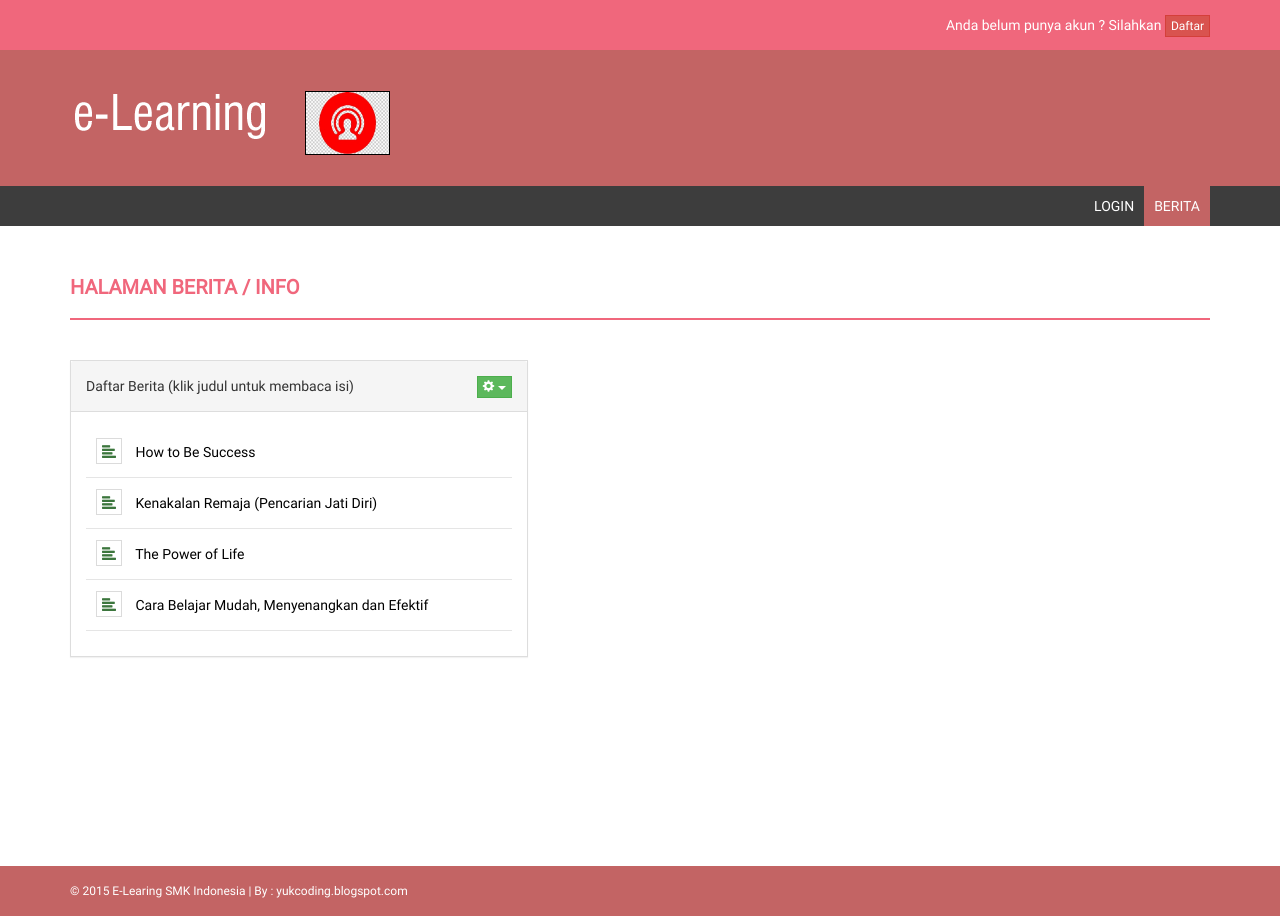
Repository: ramdanriawan/elearning-bangasep
Page: http://localhost/?page=berita
These files come from the project's save history. The page is drawn as it stood at one moment and after the next save; the edit follows.
The browser window is 1280 px wide. The pictures show the whole page.
The page is run by PHP 8.4 with error messages shown; the project is at /var/www/html/. The database holds what the project's SQL file puts in it.

Above is the page before, as saved 2020-04-12 00:17:26.

### index.php
<?php
@session_start();
include "+koneksi.php";

if(!@$_SESSION['siswa']) {
    if(@$_GET['hal'] == 'daftar') {
        include "register.php";
    } else {
        include "login.php";
    }
} else { ?>
<!DOCTYPE html>
<html>
<head>
    <meta charset="utf-8" />
    <meta name="viewport" content="width=device-width, initial-scale=1, maximum-scale=1" />
    <title>E-Learning SMK Indonesia</title>
    <link href="style/assets/css/bootstrap.css" rel="stylesheet" />
    <link href="style/assets/css/font-awesome.css" rel="stylesheet" />
    <link href="style/assets/css/style.css" rel="stylesheet" />
</head>
<body>

<script src="style/assets/js/jquery-1.11.1.js"></script>
<script src="style/assets/js/bootstrap.js"></script>
<?php
$sql_terlogin = mysqli_query($db, "SELECT * FROM tb_siswa JOIN tb_kelas ON tb_siswa.id_siswa = '$_SESSION[siswa]' AND tb_kelas.id_kelas = tb_siswa.id_kelas") or die ($db->error);
$data_terlogin = mysqli_fetch_array($sql_terlogin);
?>
    <header>
        <div class="container">
            <div class="row">
                <div class="col-md-12">
                    Selamat datang, <u><?php echo ucfirst($data_terlogin['username']); ?></u>. Jangan lupa <a href="inc/logout.php?sesi=siswa" class="btn btn-xs btn-danger">Logout</a>
                </div>
            </div>
        </div>
    </header>
    <!-- HEADER END-->
    <div class="navbar navbar-inverse set-radius-zero">
        <div class="container">
            <div class="navbar-header">
                <button type="button" class="navbar-toggle" data-toggle="collapse" data-target=".navbar-collapse">
                    <span class="icon-bar"></span>
                    <span class="icon-bar"></span>
                    <span class="icon-bar"></span>
                </button>
                <a class="navbar-brand" href="./">
                    <img src="style/assets/img/logo.png" />
                </a>

            </div>

            <div class="left-div">
                <div class="user-settings-wrapper">
                    <ul class="nav">

                        <li class="dropdown">
                            <a class="dropdown-toggle" data-toggle="dropdown" href="#" aria-expanded="false">
                                <span class="glyphicon glyphicon-user" style="font-size: 25px;"></span>
                            </a>
                            <div class="dropdown-menu dropdown-settings">
                                <div class="media">
                                    <a class="media-left" href="#">
                                        <img src="img/foto_siswa/<?php echo $data_terlogin['foto']; ?>" class="img-rounded" />
                                    </a>
                                    <div class="media-body">
                                        <h4 class="media-heading"><?php echo $data_terlogin['nama_lengkap']; ?></h4>
                                        <h5>Kelas : <?php echo $data_terlogin['nama_kelas']; ?></h5>
                                    </div>
                                </div>
                                <hr />
                                <center><a href="?hal=detailprofil" class="btn btn-info btn-sm">Detail Profile</a> <a href="?hal=editprofil" class="btn btn-primary btn-sm">Edit Profile</a></center>

                            </div>
                        </li>

                    </ul>
                </div>
            </div>
        </div>
    </div>

    <section class="menu-section">
        <div class="container">
            <div class="row">
                <div class="col-md-12">
                    <div class="navbar-collapse collapse ">
                        <ul id="menu-top" class="nav navbar-nav navbar-right">
                            <li><a <?php if(@$_GET['page'] == '') { echo 'class="menu-top-active"'; } ?> href="./">Beranda</a></li>
                            <li><a <?php if(@$_GET['page'] == 'quiz') { echo 'class="menu-top-active"'; } ?> href="?page=quiz">Tugas / Quiz</a></li>
                            <li><a <?php if(@$_GET['page'] == 'nilai') { echo 'class="menu-top-active"'; } ?> href="?page=nilai">Nilai</a></li>
                            <li><a <?php if(@$_GET['page'] == 'materi') { echo 'class="menu-top-active"'; } ?> href="?page=materi">Materi</a></li>
                            <li><a <?php if(@$_GET['page'] == 'berita') { echo 'class="menu-top-active"'; } ?> href="?page=berita">Berita</a></li>
                        </ul>
                    </div>
                </div>
            </div>
        </div>
    </section>

    <div class="content-wrapper">
        <div class="container" id="wadah">
        <?php
        if(@$_GET['page'] == '') {
            include "inc/beranda.php";
        } else if(@$_GET['page'] == 'quiz') {
            include "inc/quiz.php";
        } else if(@$_GET['page'] == 'nilai') {
            include "inc/nilai.php";
        } else if(@$_GET['page'] == 'materi') {
            include "inc/materi.php";
        } else if(@$_GET['page'] == 'berita') {
            include "inc/berita.php";
        } ?>
        </div>
    </div>

    <footer>
        <div class="container">
            <div class="row">
                <div class="col-md-12">
                    &copy; 2015 E-Learing SMK Indonesia
                </div>

            </div>
        </div>
    </footer>
</body>
</html>
<?php
}
?>

### +koneksi.php
<?php
$db = mysqli_connect("localhost", "lomx1822_e_learning", "lomx1822_e_learning", "lomx1822_e_learning");

//---fungsi2---//
function cek_session($isi_admin, $isi_pengajar) {
    if(@$_SESSION['admin']) {
        echo $isi_admin;
    } else if(@$_SESSION['pengajar']) {
        echo $isi_pengajar;
    }
}

function tgl_indo($tgl) {
	$tanggal = substr($tgl,8,2);
	$bulan = getBulan(substr($tgl,5,2));
	$tahun = substr($tgl,0,4);
	return $tanggal.' '.$bulan.' '.$tahun;
}
function getBulan($bln){
	switch ($bln){
		case 1:
			return "Januari";
			break;
		case 2:
			return "Februari";
			break;
		case 3:
			return "Maret";
			break;
		case 4:
			return "April";
			break;
		case 5:
			return "Mei";
			break;
		case 6:
			return "Juni";
			break;
		case 7:
			return "Juli";
			break;
		case 8:
			return "Agustus";
			break;
		case 9:
			return "September";
			break;
		case 10:
			return "Oktober";
			break;
		case 11:
			return "November";
			break;
		case 12:
			return "Desember";
			break;
	}
}

function tampil_per_ID($table, $where = null) {
	global $db;
	$command = "SELECT * FROM $table";
	if($where != null) {
		$command .= " WHERE $where";
	}
	$query = mysqli_query($db, $command) or die ($db->error);
	return $query;
	mysqli_close($db);
}
?>

### login.php
<?php
@session_start();
$db = mysqli_connect("localhost", "lomx1822_e_learning", "lomx1822_e_learning", "lomx1822_e_learning");
?>
<!DOCTYPE html>
<html>
<head>
    <meta charset="utf-8" />
    <meta name="viewport" content="width=device-width, initial-scale=1, maximum-scale=1" />
    <title>Login E-Learning SMK Indonesia</title>
    <link href="style/assets/css/bootstrap.css" rel="stylesheet" />
    <link href="style/assets/css/font-awesome.css" rel="stylesheet" />
    <link href="style/assets/css/style.css" rel="stylesheet" />
</head>
<body>
    <header>
        <div class="container">
            <div class="row">
                <div class="col-md-12">
                    Anda belum punya akun ? Silahkan <a href="./?hal=daftar" class="btn btn-xs btn-danger">Daftar</a>
                </div>
            </div>
        </div>
    </header>

    <div class="navbar navbar-inverse set-radius-zero">
        <div class="container">
            <div class="navbar-header">
                <button type="button" class="navbar-toggle" data-toggle="collapse" data-target=".navbar-collapse">
                    <span class="icon-bar"></span>
                    <span class="icon-bar"></span>
                    <span class="icon-bar"></span>
                </button>
                <a class="navbar-brand" href="./">
                    <img src="style/assets/img/logo.png" />
                </a>

            </div>

            <div class="left-div">
                <div class="user-settings-wrapper">
                    <ul class="nav">
                        <li class="dropdown">
                                <img src="img/logo.jpeg" alt="" style="height:64px !important; width:85px !important;">
                        </li>
                    </ul>
                </div>
            </div>
        </div>
    </div>

    <section class="menu-section">
        <div class="container">
            <div class="row">
                <div class="col-md-12">
                    <div class="navbar-collapse collapse ">
                        <ul id="menu-top" class="nav navbar-nav navbar-right">
                            <li><a <?php if(@$_GET['page'] == '') { echo 'class="menu-top-active"'; } ?> href="./">Login</a></li>
                            <li><a <?php if(@$_GET['page'] == 'berita') { echo 'class="menu-top-active"'; } ?> href="?page=berita">Berita</a></li>
                        </ul>
                    </div>
                </div>
            </div>
        </div>
    </section>

    <div class="content-wrapper">
        <div class="container">
            <?php
            if(@$_GET['page'] == '') { ?>
                <div class="row">
                    <div class="col-md-12">
                        <h4 class="page-head-line">Silahkan login untuk masuk ke e-learning</h4>
                    </div>
                </div>
                <div class="row">
                    <div class="col-md-6">
                        <?php
                        if(@$_POST['login']) {
                            $user = @mysqli_real_escape_string($db, $_POST['user']);
                            $pass = @mysqli_real_escape_string($db, $_POST['pass']);
                            $sql = mysqli_query($db, "SELECT * FROM tb_siswa WHERE username = '$user' AND password = md5('$pass')") or die ($db->error);
                            $data = mysqli_fetch_array($sql);
                            if(mysqli_num_rows($sql) > 0) {
                                if($data['status'] == 'aktif') {
                                    @$_SESSION['siswa'] = $data['id_siswa'];
                                    echo "<script>window.location='./';</script>";
                                } else {
                                    echo '<div class="alert alert-warning">Login gagal, akun Anda sedang tidak aktif</div>';
                                }
                            } else {
                                echo '<div class="alert alert-danger">Login gagal, username / password salah, coba lagi!</div>';
                            }
                        } ?>
                        <h4><i>Masukkan username dan password Anda dengan benar :</i></h4>
                        <form method="post">
                            <label>Username :</label>
                            <input type="text" name="user" class="form-control" required />
                            <label>Password :  </label>
                            <input type="password" name="pass" class="form-control" required />
                            <hr />
                            <input type="submit" name="login" value="Login" class="btn btn-info" />
                            <input type="reset" class="btn btn-danger" />
                        </form>
                    </div>
                    <div class="col-md-6">
                        <div class="alert alert-danger col-md-12">
                            Untuk menggunakan layanan e-learning ini kalian harus login terlebih dahulu.
                        </div>
                    </div>
                </div>
            <?php
            } else if(@$_GET['page'] == 'berita') {
                include "inc/berita.php";
            } ?>
        </div>
    </div>

    <footer>
        <div class="container">
            <div class="row">
                <div class="col-md-12">
                    &copy; 2015 E-Learing SMK Indonesia | By : yukcoding.blogspot.com
                </div>

            </div>
        </div>
    </footer>
    <script src="style/assets/js/jquery-1.11.1.js"></script>
    <script src="style/assets/js/bootstrap.js"></script>
</body>
</html>

### inc/berita.php
<div class="row">
    <div class="col-md-12">
        <h4 class="page-head-line">Halaman Berita / Info</h4>
    </div>
</div>

<div class="row">
    <div class="col-md-5">
        <div class="notice-board">
            <div class="panel panel-default">
                <div class="panel-heading">
                    Daftar Berita (klik judul untuk membaca isi)
                    <div class="pull-right" >
                        <div class="dropdown">
                          <button class="btn btn-success dropdown-toggle btn-xs" type="button" id="dropdownMenu1" data-toggle="dropdown" aria-expanded="true">
                            <span class="glyphicon glyphicon-cog"></span>
                            <span class="caret"></span>
                          </button>
                          <ul class="dropdown-menu" role="menu" aria-labelledby="dropdownMenu1">
                            <li role="presentation"><a role="menuitem" tabindex="-1" href="">Refresh</a></li>
                          </ul>
                        </div>
                    </div>
                </div>
                <div class="panel-body">
                    <ul>
                        <?php
                        $sql_berita = mysqli_query($db, "SELECT * FROM tb_berita WHERE status = 'aktif' ORDER BY tgl_posting DESC LIMIT 0, 4") or die($db->error);
                        while($data_berita = mysqli_fetch_array($sql_berita)) { ?>
                          <li>
                              <?php
                              if(@$_GET['hal'] == 'daftar') { ?>
                                <a href="?hal=daftar&page=berita&action=detail&id_berita=<?php echo $data_berita['id_berita']; ?>">
                                <?php
                              } else { ?>
                                <a href="?page=berita&action=detail&id_berita=<?php echo $data_berita['id_berita']; ?>">
                                <?php
                              } ?>
                               <span class="glyphicon glyphicon-align-left text-success" ></span>
                                <?php echo $data_berita['judul']; ?> &nbsp;
                              </a>
                          </li>
                        <?php
                        } ?>
                    </ul>
                </div>
            </div>
        </div>
    </div>

    <?php
    if(@$_GET['action'] == 'detail') {
    ?>
      <div class="col-md-7">
        <div class="notice-board">
          <div class="panel panel-default">
          <div class="panel-heading">Detail Berita</div>
          <div class="panel-body">
          <?php
          $sql_berita_detail = mysqli_query($db, "SELECT * FROM tb_berita WHERE id_berita = '$_GET[id_berita]'") or die($db->error);
          $data_berita_detail = mysqli_fetch_array($sql_berita_detail);
          ?>
            <h3 align="center"><?php echo $data_berita_detail['judul']; ?></h3>
            By : <span class="label label-warning">
                <?php
                if($data_berita_detail['penerbit'] == 'admin') {
                  echo "Admin";
                } else {
                  $sql_pengajar = mysqli_query($db, "SELECT * FROM tb_pengajar WHERE id_pengajar = '$data_berita_detail[penerbit]'") or die($db->error);
                  $data_pengajar = mysqli_fetch_array($sql_pengajar);
                  echo $data_pengajar['nama_lengkap'];
                } ?>
            </span> &nbsp;
            <span class="label label-info"><?php echo tgl_indo($data_berita_detail['tgl_posting']); ?></span>
            <hr />
            <div>
              <?php echo nl2br($data_berita_detail['isi']); ?>
            </div>
          </div>
          </div>
        </div>
      </div>
    <?php
    } ?>
</div>

### db_elearning.sql (the tables this page reads)
CREATE TABLE IF NOT EXISTS `tb_berita` (
  `id_berita` int(11) NOT NULL AUTO_INCREMENT,
  `judul` text NOT NULL,
  `isi` longtext NOT NULL,
  `tgl_posting` date NOT NULL,
  `penerbit` varchar(10) NOT NULL,
  `status` enum('aktif','tidak aktif') NOT NULL,
  PRIMARY KEY (`id_berita`)
) ENGINE=InnoDB  DEFAULT CHARSET=latin1 AUTO_INCREMENT=7;

INSERT INTO `tb_berita` (`id_berita`, `judul`, `isi`, `tgl_posting`, `penerbit`, `status`) VALUES
(1, 'Cara Belajar Mudah, Menyenangkan dan Efektif', 'Hai teman2. djsdnsjdnsdjnsdsds dsjds dsjdbsds dsdgsduui\r\n\r\nKali ini dsdsjdhsd dsjsdbsd\r\n\r\nkita dksnksd dsjdsjd dsusdgyow9weuwr', '2015-08-15', 'admin', 'aktif'),
(2, 'How to Be Success', 'asdshsuh sdsgdgysgd.\r\n\r\ndfdfdfdfdhfdhfdhfd.\r\nsdsdjd.', '2015-08-16', '1', 'aktif'),
(4, 'Manfaat Menulis', 'Jadi temen2, manfaat menulis ialah bla bla bla.\r\n\r\ndfdhfhdifd fhdudfdf gfudfhudhf.\r\n\r\nfdfjdfjdf d.d\r\nfd\r\nfdfdfdfdf', '2015-08-16', '10', 'tidak aktif'),
(5, 'Kenakalan Remaja (Pencarian Jati Diri)', 'Remaja memang identik dengan nakal, tetapi tidaklah benar jika hanya remaja yang selalu di klaim nakal.\r\n\r\nDi Indonesia ini seperti negeri sandiwara, banyak ahli hukum mencederai hukum, banyak ahli ilmu mencederai ilmu, banyak wakil rakyat yang seharusnya mengemban amanah tetapi mereka malah melakukan KKN.\r\n\r\nApakah mereka remaja ? Tentu bukan, mereka sudah dewasa.', '2015-08-16', 'admin', 'aktif'),
(6, 'The Power of Life', 'The Power of Life jsndjsd sdsdsd sdsyftsas arsduywge rtposfh0a9hqwreb eeuheirer.\r\n\r\ndfdfdfhidf wuuwgyuwwo dsiuhsduishdsds', '2015-08-16', '8', 'aktif');

Loaded but not shown: style/assets/css/bootstrap.css (library); style/assets/css/font-awesome.css (library); style/assets/js/jquery-1.11.1.js (library); style/assets/js/bootstrap.js (library); style/assets/css/style.css (369 lines, source omitted)

After the next save:
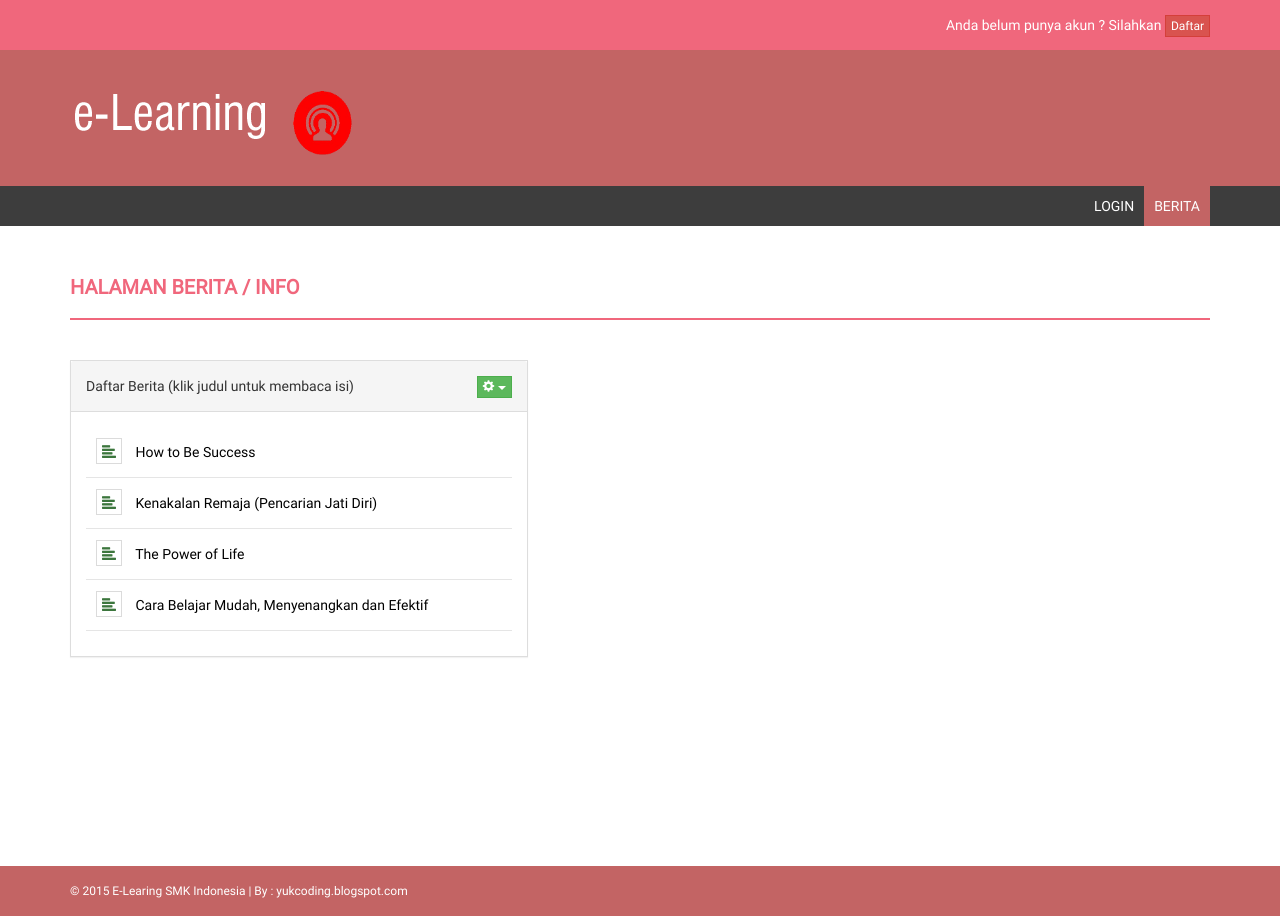
Saved 9 min 51 s later.
--- a/login.php
+++ b/login.php
@@ -41,7 +41,7 @@ $db = mysqli_connect("localhost", "lomx1822_e_learning", "lomx1822_e_learning",
                 <div class="user-settings-wrapper">
                     <ul class="nav">
                         <li class="dropdown">
-                                <img src="img/logo.jpeg" alt="" style="height:64px !important; width:85px !important;">
+                                <img src="img/logo.png" alt="" style="height:64px !important; width:85px !important; border: none; margin-left: -25px">
                         </li>
                     </ul>
                 </div>
